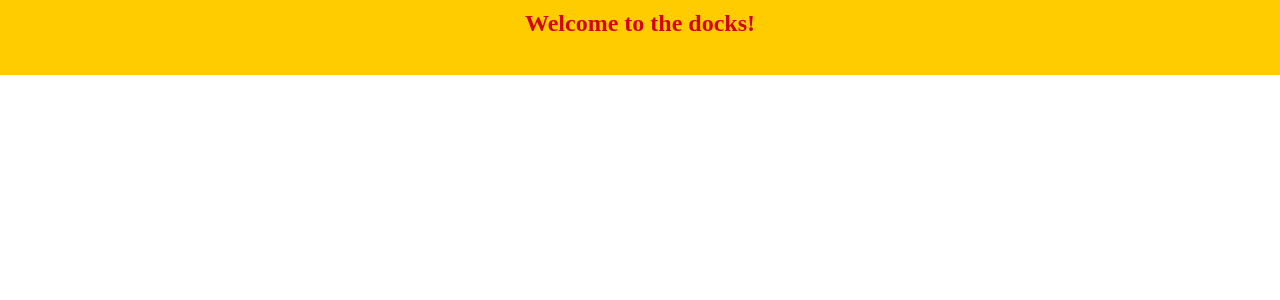
Repository: charliejp0311/java-final-proj
Page: dockWalk-frontend/index.html
The author's editor kept a copy of each file at every save. The page is drawn from the files as they stood at one save, then again after the next save.
The browser window is 1280 px wide. The pictures show the whole page.

Above is the page before, as saved 2020-09-02 10:04:37.
Console error: ReferenceError: displayLogin is not defined

### dockWalk-frontend/index.html
<!DOCTYPE html>
<html lang="en" dir="ltr">
    <head>
        <meta charset="utf-8">
        <link rel="stylesheet" href="style.css">
        <title>Dock Walk</title>
    </head>
    <body>
        <header>
            <h2>Welcome to the docks!</h2>
        </header>
        <main id="dock">

        </main>
    </body>
    <script type="application/javascript" src="src/index.js" charset="UTF-8"></script>
    <script type="application/javascript" src="src/dock.js" charset="UTF-8"></script>
    <script type="application/javascript" src="src/door_ranges.js" charset="UTF-8"></script>
    <script type="application/javascript" src="src/door.js" charset="UTF-8"></script>
</html>

### dockWalk-frontend/style.css
body {
    margin: 0;
    padding: 0;
}

header {
    background-color: #FFCC00;
    color: #D40511;
    text-align: center;
    margin: 0 auto;
    height: 75px;
}

header h2 {
    padding: 10px;
    margin: 0;
}

main {
    display: grid;
    grid-template-columns: 1fr;
    grid-template-rows: auto;
    grid-gap: 20px;
    padding-top: 10px;
    padding-bottom: 30px;
}

div.card {
    background-color: #eeeeee;
    height: 350px;
    width: 300px;
    box-shadow: 10px 10px grey;
    padding: 10px;
    border-radius: 10px;
}

p {
    font-size: .75em;
    color: black;
    font-family: Helvetica;
}
ul {
    padding: 20px;
}

li {
    font-size: 1.05em;
    list-style: none;
    padding-right: 20px;
    text-align: center;
}

button {
    font-size: 1em;
    color: #FFCC00;
    background-color: #D40511;
    border-radius: 10px;
    padding-bottom: 5px;
}

button.release {
    float: right;
    background-color: #E1332D;
}

@media only screen and (min-width: 500px) {
    main {
        grid-template-columns: 1fr 1fr;
    }
}

@media only screen and (min-width: 850px) {
    main {
        grid-template-columns: 1fr 1fr 1fr 1fr;
    }
}

### dockWalk-frontend/src/index.js
document.addEventListener("DOMContentLoaded", function () {
    let h = document.getElementsByTagName('header')[0]
    displayLogin();
    // fetchDocks();

});

### dockWalk-frontend/src/dock.js
class Dock {
    constructor(section) {
        this.section = section;
    }
}

//making an empty array of docks to store js dock obj's in thought is to get all the objects and store them in an array
const dks = [];
//playing to see what the data looks like
const ranges = [];
///playing more
const drs = [];

let displayDocks = (docks) => {
    let d = docks.data
    let inc = docks.included
    let rngs = inc.filter(rng => rng.type === 'door_range')
    let ports = inc.filter(prt => prt.type === 'door')
    //docks
    for (const section of d) {
        dks.push(new Dock(section.attributes.section))
        let sectionsRanges = rngs.filter(rng => rng.relationships.dock.data.id === section.id)
        //ranges
        for (const range of sectionsRanges) {
            ranges.push(new Range(
                section.attributes.section,
                range.attributes.range,
                range.attributes.racks
                ))
        let prts = ports.filter(prt => prt.relationships.door_range.data.id === range.id)
            //doors
        for (const p of prts) {
            drs.push(new Door(
                p.attributes.id,
                section.attributes.section,
                range.attributes.range,
                p.attributes.racks,
                p.attributes.number,
                p.attributes.stage,
                p.attributes.serviceable,
                p.attributes.service_comments,
                p.attributes.inbound_available,
                p.attributes.inbound_present,
                p.attributes.outbound_available,
                p.attributes.outbound_present
                ))
            }
        }
        let thisDocksRanges = ranges.filter(range => range.section === section.attributes.section)
        if (thisDocksRanges) {
            dockCard(section, thisDocksRanges)
        }
    }
}

let dockCard = (sec, ranges) => {
    let body = document.getElementById('dock')
    let div = document.createElement('div')
    div.className = 'card'
    div.id = sec.id
    div.addEventListener('click', (e) => {
        if (e.target.className === 'card') {
            // debugger;
            displaySec(dks[e.target.id - 1])
        }
    })
    div.innerText = sec.attributes.section
    let ul = document.createElement('ul')
    ul.innerText = "Door Ranges"
    for (const rng of ranges) {
        let li = document.createElement('li')
        // li.addEventListener('click',rangeClick())
        if (rng.range) {
            li.innerText = rng.range
        } else {
            li.innerText = rng.attributes.range
        }
        ul.appendChild(li)
    }
    div.appendChild(ul)
    body.appendChild(div)
}



let displaySec = (section) => {
    let h2 = document.getElementsByTagName('h2')[0]
    h2.innerText = `${section.section} - Door Ranges`
    let dock = document.getElementById('dock')
    dock.innerText = ""
    let tsr = ranges.filter(rng=>rng.section===section.section)
    for (const rng of tsr) {
        let div = document.createElement('div')
        div.className = 'card'
        div.innerText = rng.range
        div.addEventListener('click',(e)=>{
            displayRange(e.target.innerText.split('\n')[0])
        })
        let ul = document.createElement('ul')
        let trd = drs.filter(dr=>dr.range === rng.range)
        for (const dr of trd) {
            let li = document.createElement('li')
            li.innerText = `${dr.number} - serviceable ~ ${dr.serviceable}`
            ul.appendChild(li)
        }
        div.appendChild(ul)
        dock.appendChild(div)
    }
}


let fetchDocks = () => {
    return fetch('http://localhost:3000/docks')
        .then(resp => resp.json())
        .then(json => displayDocks(json))
}

### dockWalk-frontend/src/door_ranges.js
class Range extends Dock {
    constructor(dock, range) {
        super(dock)
        this.range = range
    }
}

let displayRange = (range) =>{
    let h2 = document.getElementsByTagName('h2')[0]
    h2.innerText = `${range} `
    let body = document.getElementById('dock')
    body.innerHTML = ""
    let trd = drs.filter(dr=>dr.range === range)
    for (const dr of trd) {
        let div = document.createElement('div')
        div.className = 'card'
        div.innerText = dr.number
        for (const key in dr) {
            let p = document.createElement('p')
            let element = dr[key];
            switch (key) {
                case "id":
                    break;
                case "number":
                    break;
                case 's_comments':
                    if (!dr.serviceable) {
                        p.innerText = `${key} ~ ${element}`
                        div.appendChild(p)
                    }
                    break;
                default:
                    p.innerText = `${key} ~ ${element}`
                    div.appendChild(p)
                    break;
            }

        }
        div.addEventListener("click", (e)=>{ displayDoor(dr)})
        body.appendChild(div)
    }
}

### dockWalk-frontend/src/door.js
class Door extends Range {
    constructor(id, dock, range, racks, number, stage, serviceable, s_comments, inbound_available, inbound_present, outbound_available, outbound_present) {
        super(dock, range)
        this.id = id
        this.number = number
        this.racks = racks
        this.stage = stage
        this.serviceable = serviceable
        this.s_comments = s_comments
        this.inbound_present = inbound_present
        this.inbound_available = inbound_available
        this.outbound_present = outbound_present
        this.outbound_available  = outbound_available
    }
}

let displayDoor = (door)=>{
    let h2 = document.getElementsByTagName('h2')[0]
    h2.innerText = `${door.number} ~ ${door.range} ~ ${door.section}`
    let body = document.getElementById('dock')
    body.innerHTML = ""
    let div = document.createElement('div')
    div.className = 'card'
    div.innerText = door.number
    let frm = doorCard(door)
    div.appendChild(frm)
    body.appendChild(div)
    ///need to set checks here for anything that is true
    for (const key in door) {
        if (door.hasOwnProperty(key)) {
            const element = door[key];
            if (element === true) {
                document.querySelector(`#${key}`).checked = true
            }
        }
    }
}

let doorCard = (door) => {
    if (door.serviceable) {
        let form = document.createElement('form')
        let comments = document.createElement('input')
        comments.type = "text"
        form.htmlFor = door
        form.id = door.id
        for (const key in door) {
            const element = door[key];
            let checkBox = document.createElement('input')
            checkBox.type = 'checkbox'
            let lbl = document.createElement('label')
            switch (key) {
                case 'section':
                    break;
                case 'range':
                    break;
                case 'number':
                    break;
                case 's_comments':
                    if (element !== '' ) {
                        lbl.innerText = `${element}`
                        form.appendChild(lbl)
                        form.innerHTML += '<br>'
                    } else if(door.serviceable === false){
                        lbl.innerText = `${key} ~`
                        form.appendChild(lbl)
                        form.innerHTML += '<br>'
                        let comments = document.createElement('input')
                        comments.type = 'text'
                        form.appendChild(comments)
                        form.innerHTML += '<br>'
                    }
                break;
                case 'id':
                break;
                default :
                    lbl.innerText = key
                    if (element===true) {
                        checkBox.click()
                    }
                    checkBox.id = key
                    form.appendChild(lbl)
                    form.appendChild(checkBox)
                    // checkBox.checked = element

                    form.innerHTML += '<br>'
                break;
            }
        }
        let submit = document.createElement('input')
        submit.type = 'submit'
        submit.addEventListener('click', (e)=>{
            let formElmnts = e.target.parentNode.children
            debugger;
        })
        form.appendChild(submit)
        return form;
    }
}

### dockWalk-frontend/src/user.js
class User{
    constructor(name,password,user_type){
        this.name = name
        this.password = password
        this.user_type = user_type
    }
}

let displayLogin = () =>{
    let body = document.getElementById('dock')
    let frm = document.createElement('form')
    let inpt = document.createElement('input')
    inpt.type = 'text'
    inpt.value = 'Name'
    frm.appendChild(inpt)
    inpt.type = 'password'
    inpt.value = 'Password'
    frm.appendChild(inpt)
    body.appendChild(frm)

}

let submitData = (name, email) => {
    let formData = {
        name: name,
        email: email
    }
    let configObj = {
        method: "post",
        headers: {
            "Content-Type": "application/json",
            "Accept": "application/json"
        },
        body: JSON.stringify(formData)
    };


    return fetch('http://localhost:3000/users', configObj)
        .then(resp => resp.json())
        .then(json => {
            document.body.append(json.id);
        })
        .catch(function (error) {
            if (error.code = '401') {
                document.body.append('Unauthorized Access')
                alert('Unauthorized Access');
            }
        });

};

After the next save:
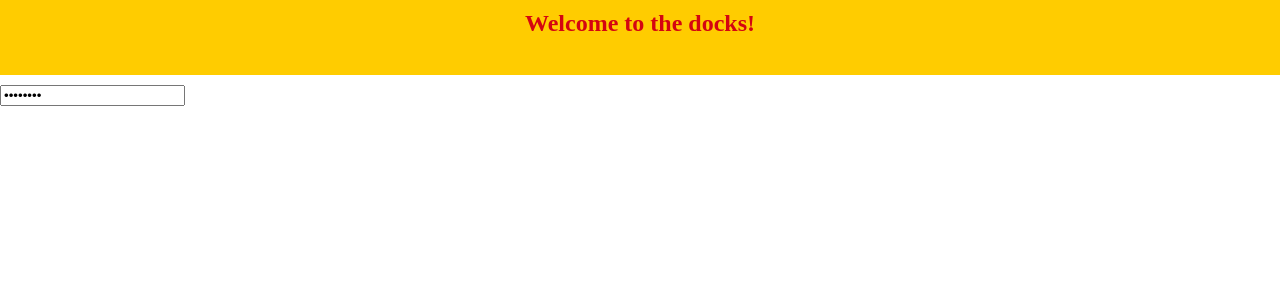
The error is gone.
Saved 49 s later.
--- a/dockWalk-frontend/index.html
+++ b/dockWalk-frontend/index.html
@@ -14,6 +14,7 @@
         </main>
     </body>
     <script type="application/javascript" src="src/index.js" charset="UTF-8"></script>
+    <script type="application/javascript" src="src/user.js" charset="UTF-8"></script>
     <script type="application/javascript" src="src/dock.js" charset="UTF-8"></script>
     <script type="application/javascript" src="src/door_ranges.js" charset="UTF-8"></script>
     <script type="application/javascript" src="src/door.js" charset="UTF-8"></script>
